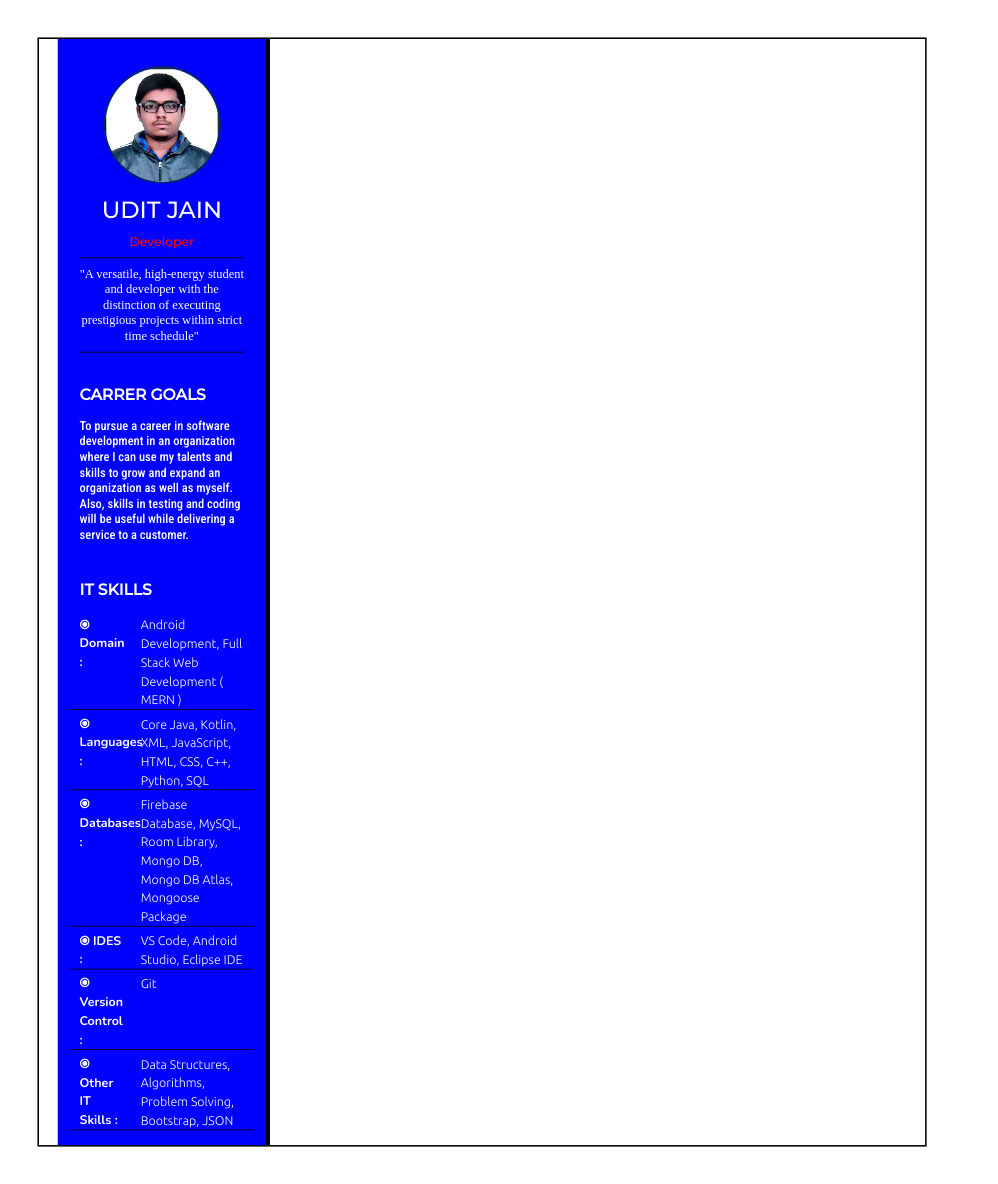
Repository: uditjain100/Resume
Page: app.html
An editor plug-in stored every save of this project. The page is shown before and after the next save, followed by the edit.
The browser window is 1280 px wide. The pictures show the whole page, at 78% of full size.
Some web fonts or font styles are not loaded; a fallback is used.

Above is the page before, as saved 2021-05-27 16:33:11.

### app.html
<!DOCTYPE html>
<html lang="en">
	<head>
		<meta charset="UTF-8" />
		<meta http-equiv="X-UA-Compatible" content="IE=edge" />
		<meta name="viewport" content="width=device-width, initial-scale=1.0" />
		<title>RESUME : Udit Jain</title>
		<link rel="stylesheet" href="app.css" />
		<script
			src="https://code.jquery.com/jquery-3.5.1.min.js"
			integrity="sha256-9/aliU8dGd2tb6OSsuzixeV4y/faTqgFtohetphbbj0="
			crossorigin="anonymous"
		></script>
		<link
			href="https://cdn.jsdelivr.net/npm/bootstrap@5.0.0-beta1/dist/css/bootstrap.min.css"
			rel="stylesheet"
			integrity="sha384-giJF6kkoqNQ00vy+HMDP7azOuL0xtbfIcaT9wjKHr8RbDVddVHyTfAAsrekwKmP1"
			crossorigin="anonymous"
		/>

		<link rel="preconnect" href="https://fonts.gstatic.com" />
		<link
			href="https://fonts.googleapis.com/css2?family=Montserrat:wght@300;500&display=swap"
			rel="stylesheet"
		/>
		<link
			href="https://fonts.googleapis.com/css2?family=Roboto+Condensed:wght@500&display=swap"
			rel="stylesheet"
		/>
		<link
			href="https://fonts.googleapis.com/css2?family=Spartan:wght@500&display=swap"
			rel="stylesheet"
		/>
		<link
			href="https://fonts.googleapis.com/css2?family=Red+Hat+Display&display=swap"
			rel="stylesheet"
		/>
		<link
			href="https://fonts.googleapis.com/css2?family=Ubuntu:wght@300&display=swap"
			rel="stylesheet"
		/>
		<link
			href="https://fonts.googleapis.com/css2?family=Quicksand:wght@700&display=swap"
			rel="stylesheet"
		/>
		<link
			href="https://fonts.googleapis.com/css2?family=Nunito:wght@700&display=swap"
			rel="stylesheet"
		/>
		<link
			href="https://fonts.googleapis.com/css2?family=Akaya+Kanadaka&display=swap"
			rel="stylesheet"
		/>
		<link
			href="https://fonts.googleapis.com/css2?family=Poppins:wght@400&display=swap"
			rel="stylesheet"
		/>
	</head>
	<body>
		<main class="container row my-5 mx-5" id="wholewindow">
			<section id="leftwindow" class="col-3">
				<article id="namebox">
					<img
						id="profileimg"
						src="profile.jpg"
						class="card-img-top"
						alt="..."
					/>
					<div class="card-body">
						<h3 class="card-title" style="font-size: 30px; font-weight: 400">
							UDIT JAIN
						</h3>
						<h6 class="card-subtitle mx-auto">Developer</h6>
						<p id="summary">
							"A versatile, high-energy student and developer with the
							distinction of executing prestigious projects within strict time
							schedule"
						</p>
					</div>
				</article>
				<article id="goalbox">
					<div class="card-body">
						<h3 class="card-title">CARRER GOALS</h3>
						<p>
							To pursue a career in software development in an organization
							where I can use my talents and skills to grow and expand an
							organization as well as myself. Also, skills in testing and coding
							will be useful while delivering a service to a customer.
						</p>
					</div>
				</article>
				<article id="itskillsbox">
					<div class="card-body">
						<h3 class="card-title">IT SKILLS</h3>
						<ul class="list-group">
							<li id="itskillsitem" class="row">
								<span class="col-4" id="que">⦿ Domain : </span>
								<span class="col-8" id="ans"
									>Android Development, Full Stack Web Development ( MERN
									)</span
								>
							</li>
							<li id="itskillsitem" class="row">
								<span class="col-4" id="que">⦿ Languages : </span>
								<span class="col-8" id="ans"
									>Core Java, Kotlin, XML, JavaScript, HTML, CSS, C++, Python,
									SQL</span
								>
							</li>
							<li id="itskillsitem" class="row">
								<span class="col-4" id="que">⦿ Databases : </span>
								<span class="col-8" id="ans"
									>Firebase Database, MySQL, Room Library, Mongo DB, Mongo DB
									Atlas, Mongoose Package</span
								>
							</li>
							<li id="itskillsitem" class="row">
								<span class="col-4" id="que">⦿ IDES : </span>
								<span class="col-8" id="ans"
									>VS Code, Android Studio, Eclipse IDE</span
								>
							</li>
							<li id="itskillsitem" class="row">
								<span class="col-4" id="que">⦿ Version Control : </span>
								<span class="col-8" id="ans">Git</span>
							</li>
							<li id="itskillsitem" class="row">
								<span class="col-4" id="que">⦿ Other IT Skills : </span>
								<span class="col-8" id="ans"
									>Data Structures, Algorithms, Problem Solving, Bootstrap,
									JSON</span
								>
							</li>
						</ul>
					</div>
				</article>
			</section>
			<section id="rightwindow" class="col-9"></section>
		</main>
	</body>
</html>

### app.css
/* * Common Section */

@keyframes transitionIn {
	from {
		opacity: 0;
		transform: rotateY(-10deg);
	}
	to {
		opacity: 1;
		transform: rotateY(0);
	}
}

html {
	animation: transitionIn 1s;
}

p {
	font-family: "Roboto Condensed", sans-serif;
	line-height: 20px;
}

/*  ********************* resume work */

#wholewindow {
	margin-top: 100px;
	border: 2px black solid;
	display: flex;
	flex-direction: row;
	flex-wrap: wrap;
	justify-content: space-evenly;
	/* align-items: center; */
}

#leftwindow {
	background-color: blue;
	border-right: 5px black solid;
	color: white;
	padding-top: 25px;
	min-width: 250px;
}

#rightwindow {
	margin-top: 20px;
	min-width: 250px;
}

#namebox {
	display: flex;
	flex-direction: column;
	flex-wrap: wrap;
	align-items: center;
	text-align: center;
	font-family: "Montserrat";
}

#profileimg {
	width: 150px;
	height: 150px;
	border-radius: 50%;
	border: 2px #003049 solid;
	margin-top: 10px;
}
#summary {
	font-family: "Akaya Kanadaka";
	margin-top: 10px;
	margin-bottom: 10px;
	padding-top: 10px;
	padding-bottom: 10px;

	border-bottom: 1px black solid;
	border-top: 1px black solid;
}

.card-subtitle {
	color: red;
}

#itskillsitem,
#managementskillsitem {
	border-bottom: 1px black solid;
	margin-top: 3px;
	margin-bottom: 3px;
}

#que {
	font-family: "Nunito";
	font-weight: 900;
	text-align: left;
}

#ans {
	font-family: "Ubuntu";
	font-weight: 400;
	text-align: left;
}

li img {
	width: 15px;
	height: 15px;
	border-radius: 50%;
	margin-right: 5px;
}

#contactitem {
	font-family: "Nunito";
}

#contactitem div a {
	color: black;
	text-decoration: none;
	transition: 0.3s;
}

#contactitem div a:hover {
	color: dodgerblue;
	text-decoration: underline;
}

#educationtitle {
	font-family: "Red Hat Display";
	font-weight: 200;
}

#educationitem,
#projectitem {
	margin-bottom: 10px;
	padding-bottom: 10px;
	border-bottom: 1px black solid;
}

#details {
	font-family: "Ubuntu";
}

#institutename {
	text-decoration: underline;
}

#timestamp {
	font-size: 13px;
}

#stream {
	font-size: 16px;
	font-weight: 400;
}

#subjects {
	font-size: 10px;
	font-weight: 300;
}

#marks {
	font-size: 15px;
	font-weight: 700;
}

#projecttitle {
	font-family: "Red Hat Display";
	font-weight: 400;
}

#projectdetails {
	margin-left: 25px;
}

.card {
	background-color: black;
}

.card-title {
	font-family: "Montserrat";
	font-weight: 900;
	font-size: 20px;
	padding-bottom: 10px;
	border: none;
}

/* * Common Section */

.footer {
	position: -webkit-sticky;
	left: 0;
	bottom: 0;
	width: 100%;
	color: white;
	text-align: center;
	font-family: "Montserrat";
}

After the next save:
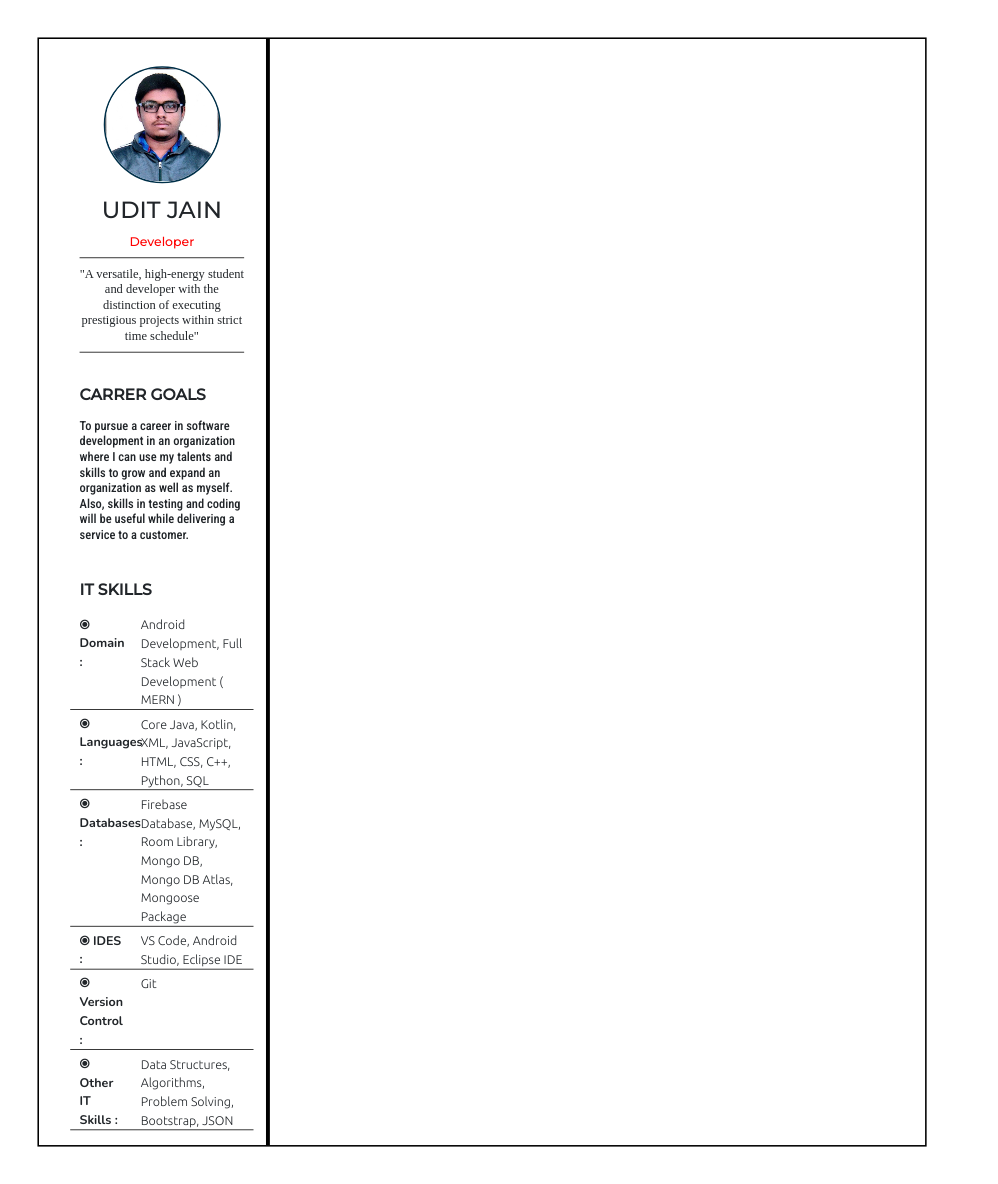
Saved 14 s later.
--- a/app.css
+++ b/app.css
@@ -33,9 +33,7 @@ p {
 }
 
 #leftwindow {
-	background-color: blue;
 	border-right: 5px black solid;
-	color: white;
 	padding-top: 25px;
 	min-width: 250px;
 }
